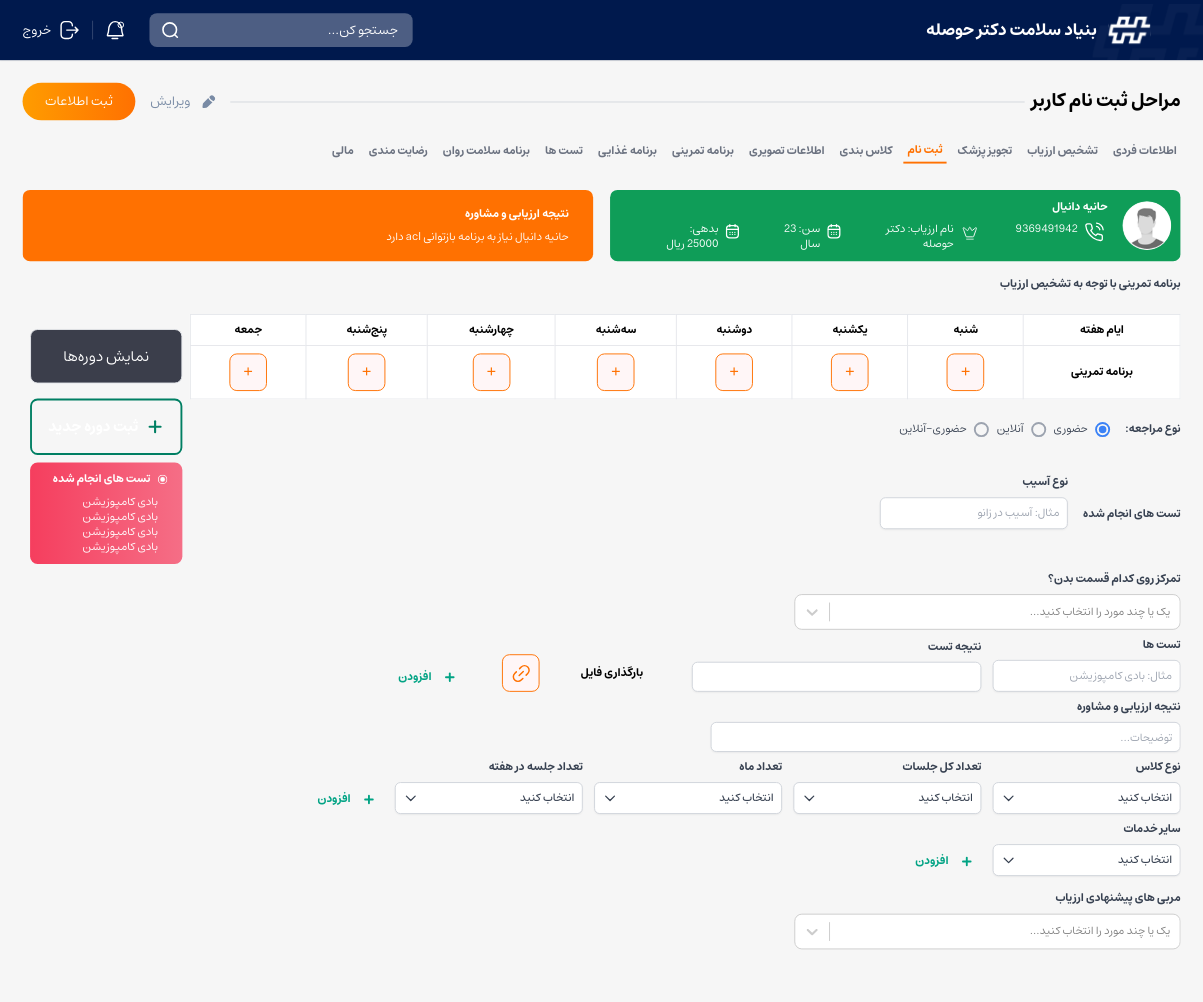
Repository: mirnajafi/ERP_hoseleh_V1.0
Page: /register, after clicking the first element matching `div.flex > :nth-child(4)`
The author's editor kept a copy of each file at every save. The page is drawn from the files as they stood at one save, then again after the next save.
The browser window is 1280 px wide. The pictures show the whole page, at 94% of full size.
Some web fonts or font styles are not loaded; a fallback is used. The project was rebuilt for these pictures with package versions that can differ from the ones it lists, and the page was loaded fresh each time. The framework's server and built-in components were replaced by stand-ins that run in the browser. Also part of the build but not shown: next.config.mjs, src/components/icons/trash.tsx, src/components/weekTable/weekTable.css, src/components/icons/copy.tsx, src/components/recognitionEvaluator/recognitionEvaluator.tsx.

Above is the page before, as saved 2025-02-28 23:46:19.

After the next save:
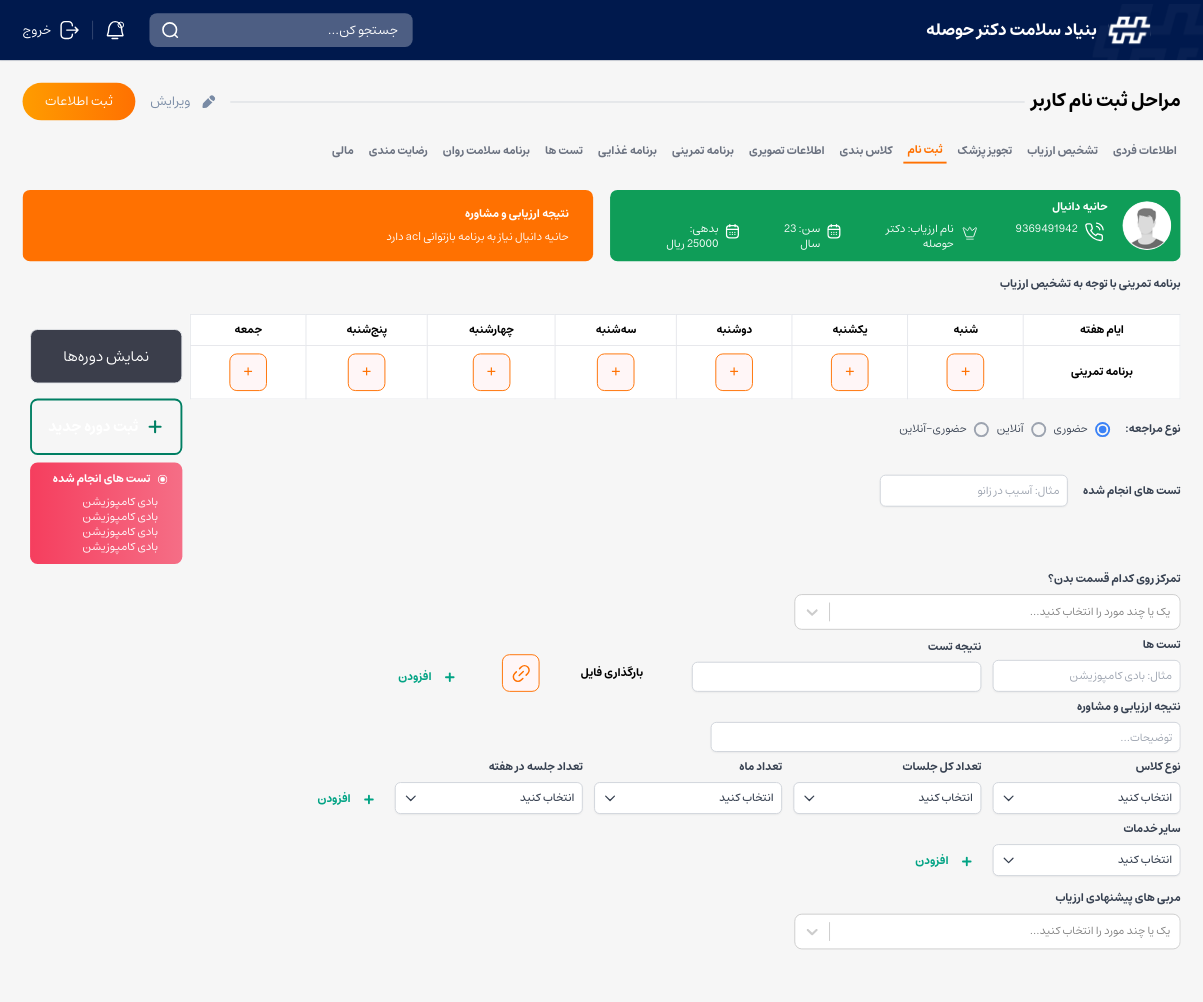
Saved 5 s later.
--- a/src/components/registration/registration.tsx
+++ b/src/components/registration/registration.tsx
@@ -86,7 +86,7 @@ const Registration = () => {
 
 
                         <Input
-                            label="نوع آسیب"
+                            label=""
                             type="text"
                             value={''}
                             onChange={() => { }}
